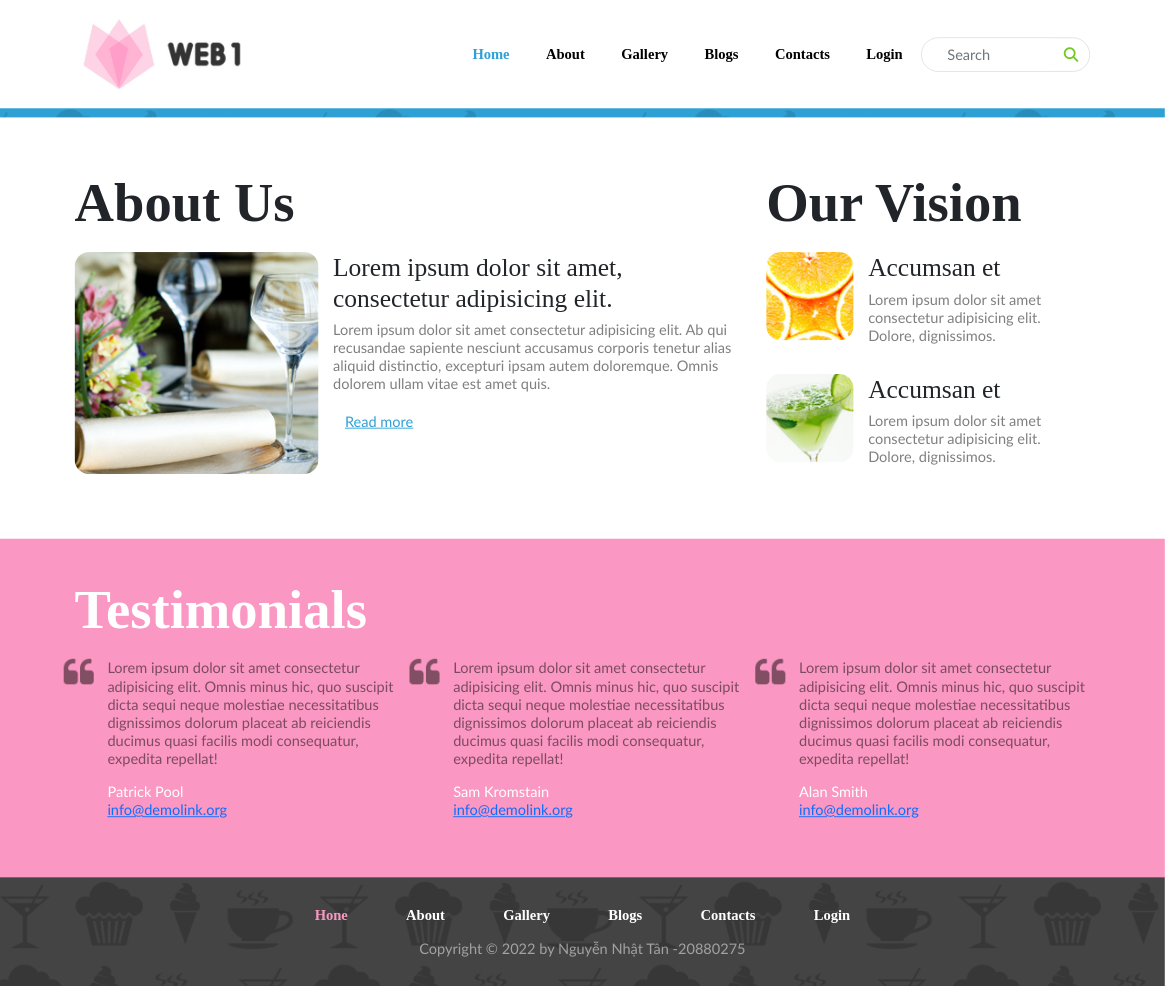
Repository: carembanhkem/web1-20880275
Page: about.html
The author's editor kept a copy of each file at every save. The page is drawn from the files as they stood at one save, then again after the next save.
The browser window is 1280 px wide. The pictures show the whole page, at 91% of full size.
Some web fonts or font styles are not loaded; a fallback is used. Some web libraries are served in a nearby version.

Above is the page before, as saved 2023-02-06 11:36:19.
Console error: ReferenceError: bootstrap is not defined

### about.html
<!doctype html>
<html lang="en">

<head>
    <title>20880275 - Web1 Project</title>
    <!-- Required meta tags -->
    <meta charset="utf-8">
    <meta name="viewport" content="width=device-width, initial-scale=1, shrink-to-fit=no">
    <!-- Favicon-->
    <link rel="shortcut icon" href="images/favicon.ico" type="image/x-icon">
    <!-- FontAweSome-->
    <script src="https://kit.fontawesome.com/ee054dad92.js" crossorigin="anonymous"></script>
    <!-- Google Fonts -->
    <link rel="preconnect" href="https://fonts.googleapis.com">
    <link rel="preconnect" href="https://fonts.gstatic.com" crossorigin>
    <link href="https://fonts.googleapis.com/css2?family=Changa+One&display=swap" rel="stylesheet">
    <!-- Bootstrap CSS v5.2.1 -->
    <link href="https://cdn.jsdelivr.net/npm/bootstrap@5.2.1/dist/css/bootstrap.min.css" rel="stylesheet"
        integrity="sha384-iYQeCzEYFbKjA/T2uDLTpkwGzCiq6soy8tYaI1GyVh/UjpbCx/TYkiZhlZB6+fzT" crossorigin="anonymous">
    <link rel="stylesheet" href="css/20880275.css">
</head>

<body>
    <header class="container">
        <nav class="navbar navbar-expand-sm navbar-light">
            <a class="navbar-brand" href="#">
                <img src="images/logo.png" alt="Web1 Logo">
            </a>
            <button class="navbar-toggler d-lg-none" type="button" data-bs-toggle="collapse" data-bs-target="#menu-header" aria-controls="menu-header"
                aria-expanded="false" aria-label="Toggle navigation"></button>
            <div class="collapse navbar-collapse" id="menu-header">
                <ul class="navbar-nav ms-auto mt-2 mt-lg-0">
                    <li class="nav-item">
                        <a class="nav-link active" href="index.html" aria-current="page">Home <span class="visually-hidden">(current)</span></a>
                    </li>
                    <li class="nav-item">
                        <a class="nav-link" href="about.html">About</a>
                    </li>
                    <li class="nav-item">
                        <a class="nav-link" href="gallery.html">Gallery</a>
                    </li>
                    <li class="nav-item">
                        <a class="nav-link" href="blogs.html">Blogs</a>
                    </li>
                    <li class="nav-item">
                        <a class="nav-link" href="contact.html">Contacts</a>
                    </li>
                    <li class="nav-item">
                        <a class="nav-link" href="#" data-bs-toggle="modal" data-bs-target="#modalLogin">Login</a>
                    </li>
                </ul>
                <form class="d-flex my-2 my-lg-0 border rounded-pill" id="formSearch">
                    <input class="form-control border-0 ms-3" type="text" placeholder="Search">
                    <button class="btn my-2 my-sm-0 border-0" type="submit"><i class="fa-solid fa-magnifying-glass"></i></button>
                </form>
            </div>
        </nav>
    </header>

    <section id="banner-small">

    </section>

    <section class="container py-5">
        <div class="row">
            <div class="col-md-8">
                <h1 class="py-3">About Us</h1>
                <div>
                    <img src="images/about-1.jpg" alt="About us" class="float-start rounded-4 me-3">
                    <h3>Lorem ipsum dolor sit amet, consectetur adipisicing elit.</h3>
                    <p class="text-black-50">Lorem ipsum dolor sit amet consectetur adipisicing elit. Ab qui recusandae sapiente nesciunt accusamus corporis tenetur alias aliquid distinctio, excepturi ipsam autem doloremque. Omnis dolorem ullam vitae est amet quis.</p>
                    <a href="#" class="btn btn-link readmore">Read more</a>
                </div>
            </div>
            <div class="col-md-4 col-sm-12">
                <h1 class="py-3">Our Vision</h1>
                <div class="clearfix mb-3">
                    <img src="images/vision/vision-1.jpg" alt="vision1" class="float-start me-3 rounded-4">
                    <h3>Accumsan et</h3>
                    <p class="text-black-50">Lorem ipsum dolor sit amet consectetur adipisicing elit. Dolore, dignissimos.</p>
                </div>
                <div class="clearfix mb-3">
                    <img src="images/vision/vision-2.jpg" alt="vision1" class="float-start me-3 rounded-4">
                    <h3>Accumsan et</h3>
                    <p class="text-black-50">Lorem ipsum dolor sit amet consectetur adipisicing elit. Dolore, dignissimos.</p>
                </div>
            </div>
        </div>
    </section>
    <!-- Testimonials-->
    <section class="container-fluid py-5" id="testimonials">
        <div class="container">
            <h1 class="text-white">Testimonials</h1>
            <div class="row py-3">
                <div class="col">
                    <p class="text-black-50">Lorem ipsum dolor sit amet consectetur adipisicing elit. Omnis minus hic, quo suscipit dicta sequi neque molestiae necessitatibus dignissimos dolorum placeat ab reiciendis ducimus quasi facilis modi consequatur, expedita repellat!</p>
                    <span class="text-white">Patrick Pool</span><br>
                    <a href="#">info@demolink.org</a>
                </div>
                <div class="col">
                    <p class="text-black-50">Lorem ipsum dolor sit amet consectetur adipisicing elit. Omnis minus hic, quo suscipit dicta sequi neque molestiae necessitatibus dignissimos dolorum placeat ab reiciendis ducimus quasi facilis modi consequatur, expedita repellat!</p>
                    <span class="text-white">Sam Kromstain</span><br>
                    <a href="#">info@demolink.org</a>
                </div>
                <div class="col">
                    <p class="text-black-50">Lorem ipsum dolor sit amet consectetur adipisicing elit. Omnis minus hic, quo suscipit dicta sequi neque molestiae necessitatibus dignissimos dolorum placeat ab reiciendis ducimus quasi facilis modi consequatur, expedita repellat!</p>
                    <span class="text-white">Alan Smith</span><br>
                    <a href="#">info@demolink.org</a>
                </div>
            </div>
        </div>
    </section>

    <!-- Our Team-->
    <!-- Footer -->
    <footer class="text-center container-fluid text-white py-3">
        <ul class="nav justify-content-center py-3" id="menu-footer">
            <li class="nav-item">
                <a class="nav-link active" href="#" aria-current="page">Hone</a>
            </li>
            <li class="nav-item">
                <a class="nav-link" href="about.html">About</a>
            </li>
            <li class="nav-item">
                <a class="nav-link" href="gallery.html">Gallery</a>
            </li>
            <li class="nav-item">
                <a class="nav-link" href="blogs.html">Blogs</a>
            </li>
            <li class="nav-item">
                <a class="nav-link" href="contact.html">Contacts</a>
            </li>
            <li class="nav-item">
                <a class="nav-link" href="#" data-bs-toggle="modal" data-bs-target="#modalLogin">Login</a>
            </li>
        </ul>
        <p class="text-white-50">Copyright &copy; 2022 by  Nguyễn Nhật Tân -20880275</p>
    </footer>

    <!-- Modal Body -->
    <!-- if you want to close by clicking outside the modal, delete the last endpoint:data-bs-backdrop and data-bs-keyboard -->
    <div class="modal fade" id="modalLogin" tabindex="-1" data-bs-backdrop="static" data-bs-keyboard="false" role="dialog" aria-labelledby="modalTitleId" aria-hidden="true">
        <div class="modal-dialog modal-dialog-scrollable modal-dialog-centered modal-sm" role="document">
            <div class="modal-content">
                <div class="modal-header">
                    <button type="button" class="btn-close" data-bs-dismiss="modal" aria-label="Close"></button>
                </div>
                <div class="modal-body">
                    <form action="#" method="post" id="formLogin">
                        <h3 class="text-center">Login Form</h3>
                        <div class="mb-3">
                            <input type="text" name="username" id="username" placeholder="Username" class="form-control">
                        </div>
                        <div class="mb-3">
                            <input type="password" name="password" id="password" placeholder="Password" class="form-control">
                        </div>
                        <button type="submit" class="form-control btn">Login</button>
                    </form>
                </div>
                <div class="modal-footer">

                </div>
            </div>
        </div>
    </div>


    <!-- Optional: Place to the bottom of scripts -->
    <script>
        const myModal = new bootstrap.Modal(document.getElementById('modalLogin'), options)

    </script>

    <!-- Boostrap JavaScript Libraries -->
    <script src="https://cdn.jsdelivr.net/npm/@popperjs/core@2.11.6/dist/umd/popper.min.js"
        integrity="sha384-oBqDVmMz9ATKxIep9tiCxS/Z9fNfEXiDAYTujMAeBAsjFuCZSmKbSSUnQlmh/jp3" crossorigin="anonymous">
    </script>

    <script src="https://cdn.jsdelivr.net/npm/bootstrap@5.2.1/dist/js/bootstrap.min.js"
        integrity="sha384-7VPbUDkoPSGFnVtYi0QogXtr74QeVeeIs99Qfg5YCF+TidwNdjvaKZX19NZ/e6oz" crossorigin="anonymous">
    </script>
</body>

</html>

### css/20880275.css
:root {
    --web1-pink: #FA97C2;
    --web1-blue: #2FA0D5;
    --web1-green: #73C926;
}

body {
    font-family: 'Trebuchet MS', Arial, Helvetica, sans-serif;
    font-size: 16px;
    line-height: 20px;
}

h1, h2, h3, h4 {
    font-family: 'Changa One', cursive;
    font-weight: 400;
}

h1 {
    font-size: 60px;
    line-height: 60px;
    font-weight: 900;
}

/* Header */
#menu-header a {
    display: block;
    padding: 0 1.25rem;
    font-weight: bold;
    color: black;
    font-family: 'Changa One', cursive;
}
#menu-header a.active {
    color: var(--web1-blue);
}

#formSearch input {
    width: 8rem;
}

#formSearch i {
    color: var(--web1-green);
}

/* Banner */
#banner {
    background-image: url('../images/bg-banner.gif');
}

#banner > div {
    background: url('../images/logo_bg.png') left top no-repeat, url('../images/search_bg.png') right top no-repeat;
    padding: 5rem 0  3rem 0;
}

#banner a {
    background-color: var(--web1-pink);
    font-family: 'Changa One', cursive;
    font-size: 2rem;
}

#banner .carousel-item {
    min-height: 15rem; /*Do chieu cao khong co dinh nen minheight bang cai lon nhat de ko bi xe dich*/
}

#banner .carousel-indicators li {
    width: 1.2rem;
    height: 1.2rem;
    border-radius: 1.2rem; /* de no thanh hinh tron*/
    border: none; /* de no thanh hinh tron vi width = height = border radius*/
    margin: 0 0.25rem;
    position: relative;
}

#banner .carousel-indicators li span {
    position: absolute;
    top: 0.3rem;
    left: 0.3rem;
    width: 0.6rem;
    height: 0.6rem;
    border-radius: 0.6rem;
    border: none;
    text-align:left;
    text-indent: -9999px;
}

#banner .carousel-indicators li.active span{
    background-color: var(--web1-green);
}

/* banner small */
#banner-small {
    background-image: url(../images/bg-banner.gif);
    padding: 5px;
}

/* products */
.readmore {
    color: var(--web1-blue);
    margin-top: -4px;
}

.web1-text-blue {
    color: var(--web1-blue);
}

/* about us */
#aboutus {
    background-color: var(--web1-pink);
}
/* Testimonials */
#testimonials {
    background-color: var(--web1-pink);
}
#testimonials .col {
    background: url("../images/quot.png") left top no-repeat;
    padding-left: 3rem;
}

#formSignUp {
    border-style: dashed !important;
    border-color: rgba(0,0,0,0.5) !important;
}

/* news */
#news .date {
    background-color: var(--web1-green);
    width: 6rem;
    padding: 1.5rem;
}

/* Footer*/
footer {
    background-image: url('../images/bg-footer.gif');
}

#menu-footer a {
    color: white;
    font-weight: bold;
    font-family: 'Changa One', cursive;
    display: block;
    padding: 0 2rem;
}

#menu-footer a.active {
    color: var(--web1-pink);
}

/* Modal Login*/
#formLogin button[type="submit"]{
    background-color: var(--web1-blue);
    color: white;
}

After the next save:
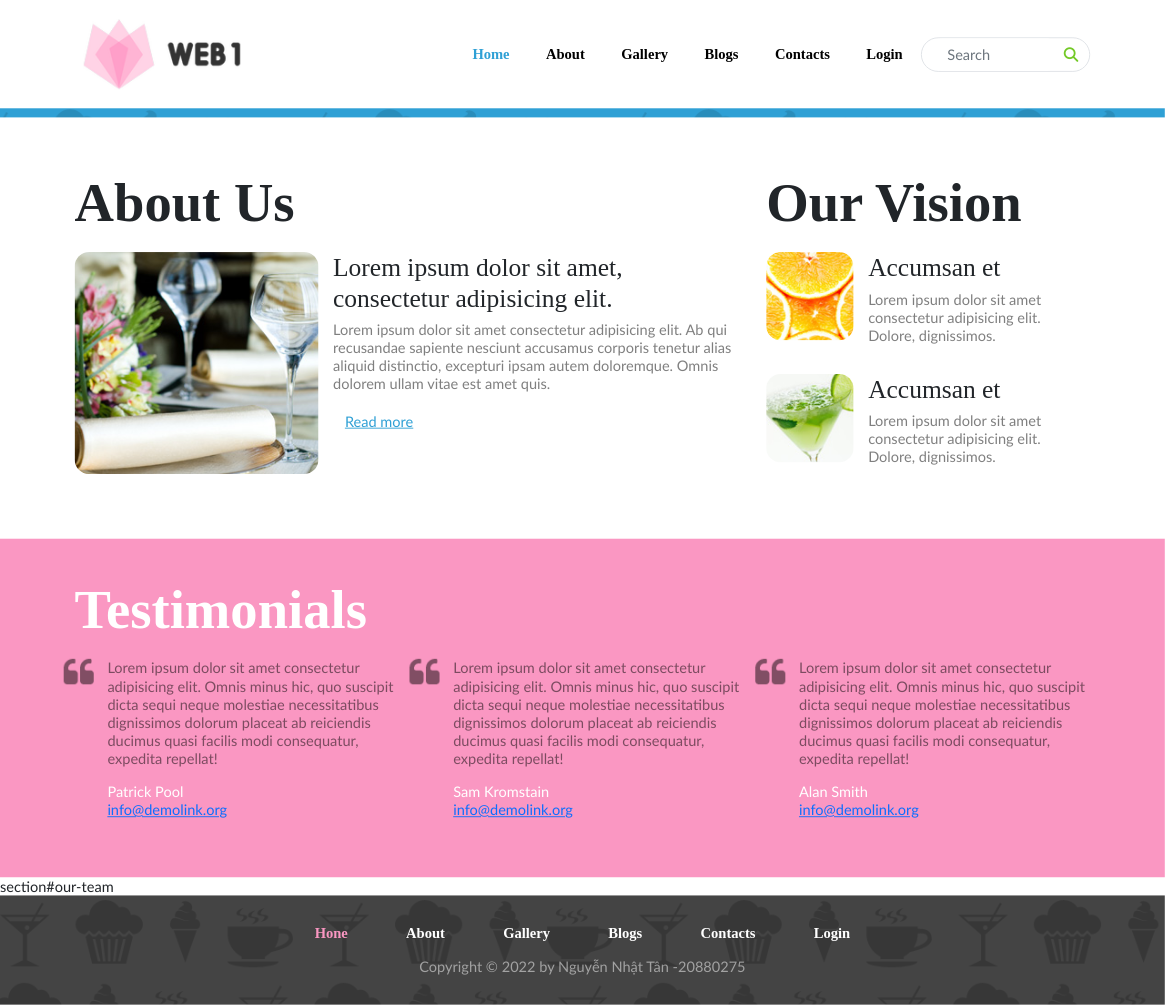
Saved 6 s later.
--- a/about.html
+++ b/about.html
@@ -112,6 +112,7 @@
     </section>
 
     <!-- Our Team-->
+    section#our-team
     <!-- Footer -->
     <footer class="text-center container-fluid text-white py-3">
         <ul class="nav justify-content-center py-3" id="menu-footer">

After the 3 saves that followed:
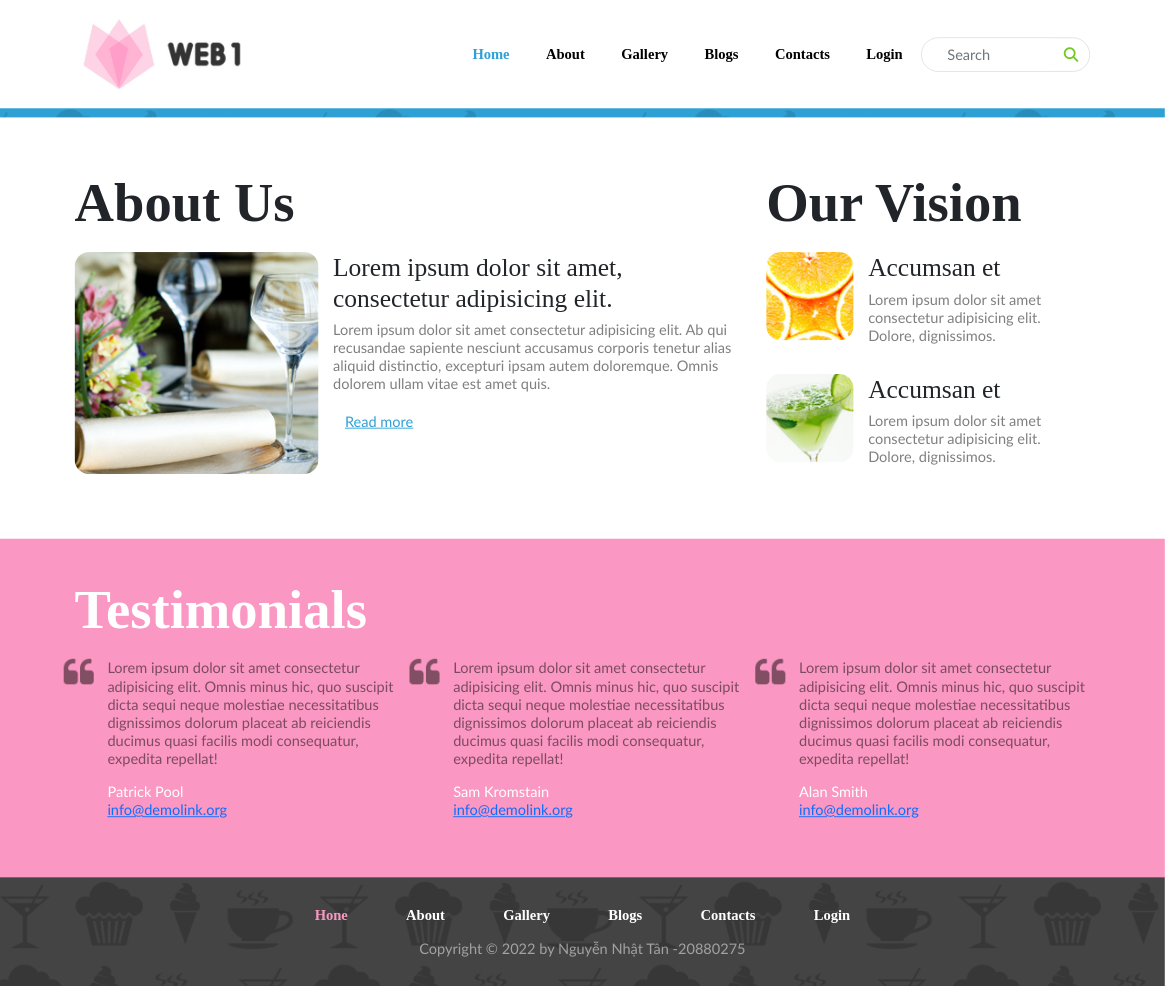
The 3 saves are shown as one change because they came seconds apart.
The last was saved 9 s later.
--- a/about.html
+++ b/about.html
@@ -112,7 +112,11 @@
     </section>
 
     <!-- Our Team-->
-    section#our-team
+    <section id="our-team" class="container">
+        <div class="row">
+
+        </div>
+    </section>
     <!-- Footer -->
     <footer class="text-center container-fluid text-white py-3">
         <ul class="nav justify-content-center py-3" id="menu-footer">
